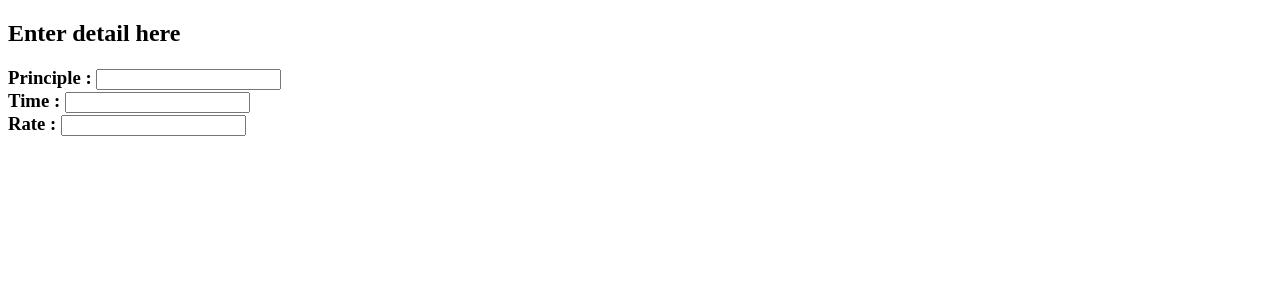
Repository: ishworpanta10/java_csit_seven_sem_programs
Page: http://localhost/JAVA_SERVLET_SIMPLE_INTEREST/
The author's editor kept a copy of each file at every save. The page is drawn from the files as they stood at one save, then again after a run of saves.
The browser window is 1280 px wide. The pictures show the whole page.
The page is served by Tomcat 9. Other server files are loaded and not shown.

Above is the page before, as saved 2021-02-04 08:24:34.

### JAVA_SERVLET_SIMPLE_INTEREST/WebContent/index.jsp
<%@ page language="java" contentType="text/html; charset=UTF-8"
	pageEncoding="UTF-8"%>
<!DOCTYPE html>
<html>
<head>
<meta charset="UTF-8">
<title>Simple Interest Form</title>
</head>
<body>
<h2> Enter detail here</h2>
<form>
	<h3>
		Principle : <input type="text" name="principle" required="required"> <br/>
		Time : <input type="text" name="time" required="required"><br/>
		Rate : <input type="text" name="rate" required="required"><br/><br/>

	</h3>
</form>

</body>
</html>

After the next 2 saves:
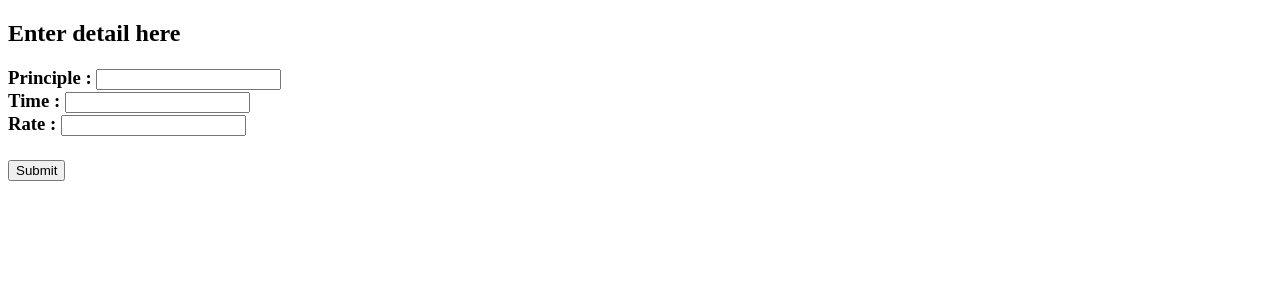
The 2 saves are shown as one change because they came seconds apart.
The last was saved 52 s later.
--- a/JAVA_SERVLET_SIMPLE_INTEREST/WebContent/index.jsp
+++ b/JAVA_SERVLET_SIMPLE_INTEREST/WebContent/index.jsp
@@ -14,6 +14,7 @@
 		Time : <input type="text" name="time" required="required"><br/>
 		Rate : <input type="text" name="rate" required="required"><br/><br/>
 
+		<input type="submit" value="Submit">
 	</h3>
 </form>
 
